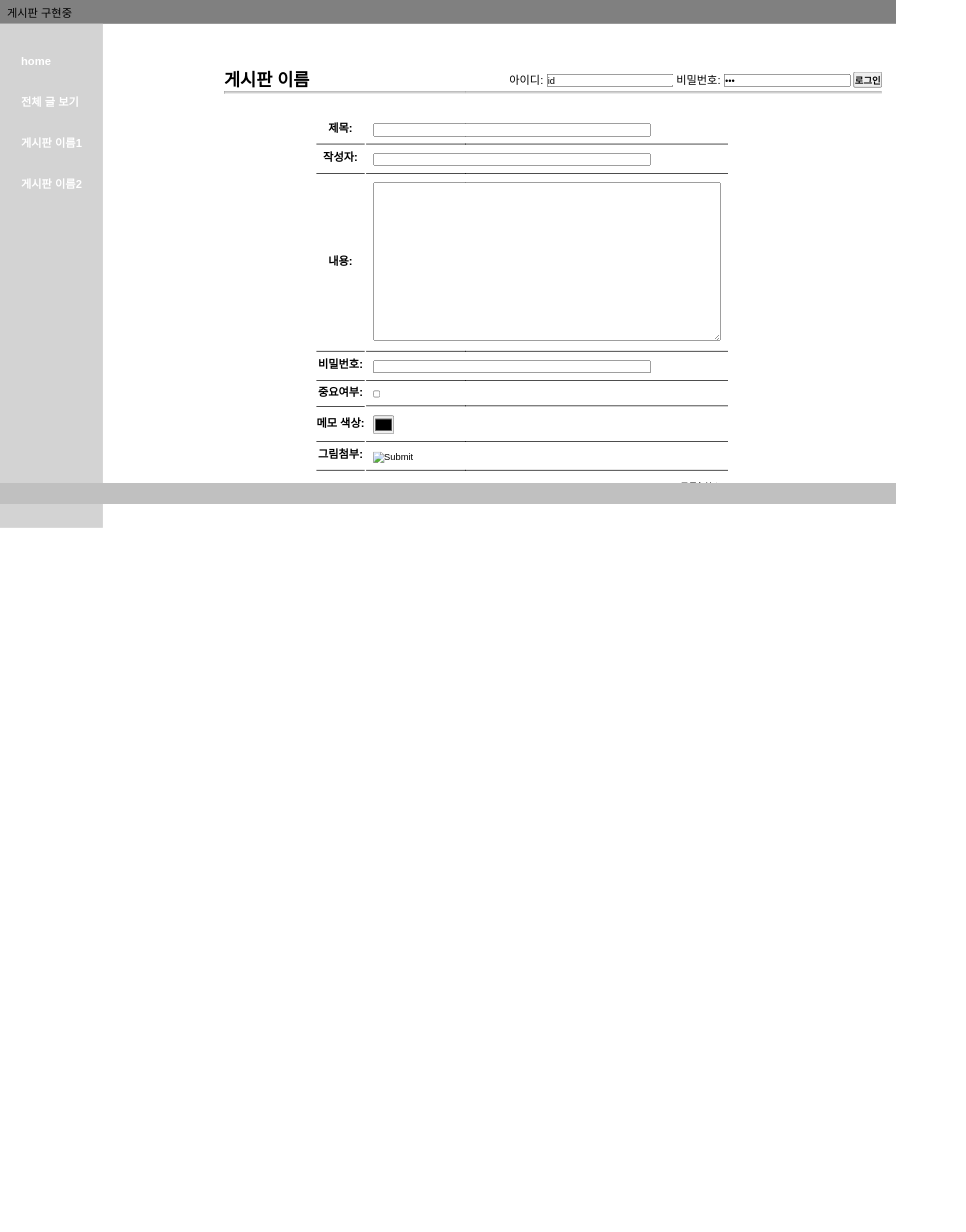
Repository: hyeon-jin-park/study
Page: work/internet_programing/Test_final/public/input.html
An editor plug-in stored every save of this project. The page is shown before and after the next save, followed by the edit.
The browser window is 1280 px wide. The page is 1280 px wide, then 1380 px, so the pictures cover 1380 px, including what lies to the right of the window. The pictures show the part of the page from y = 0 to 1760 px (the page is 10765 px tall before and 10000 px after), at 70% of full size.

Above is the page before, as saved 2025-03-26 09:05:50.

After the next save:
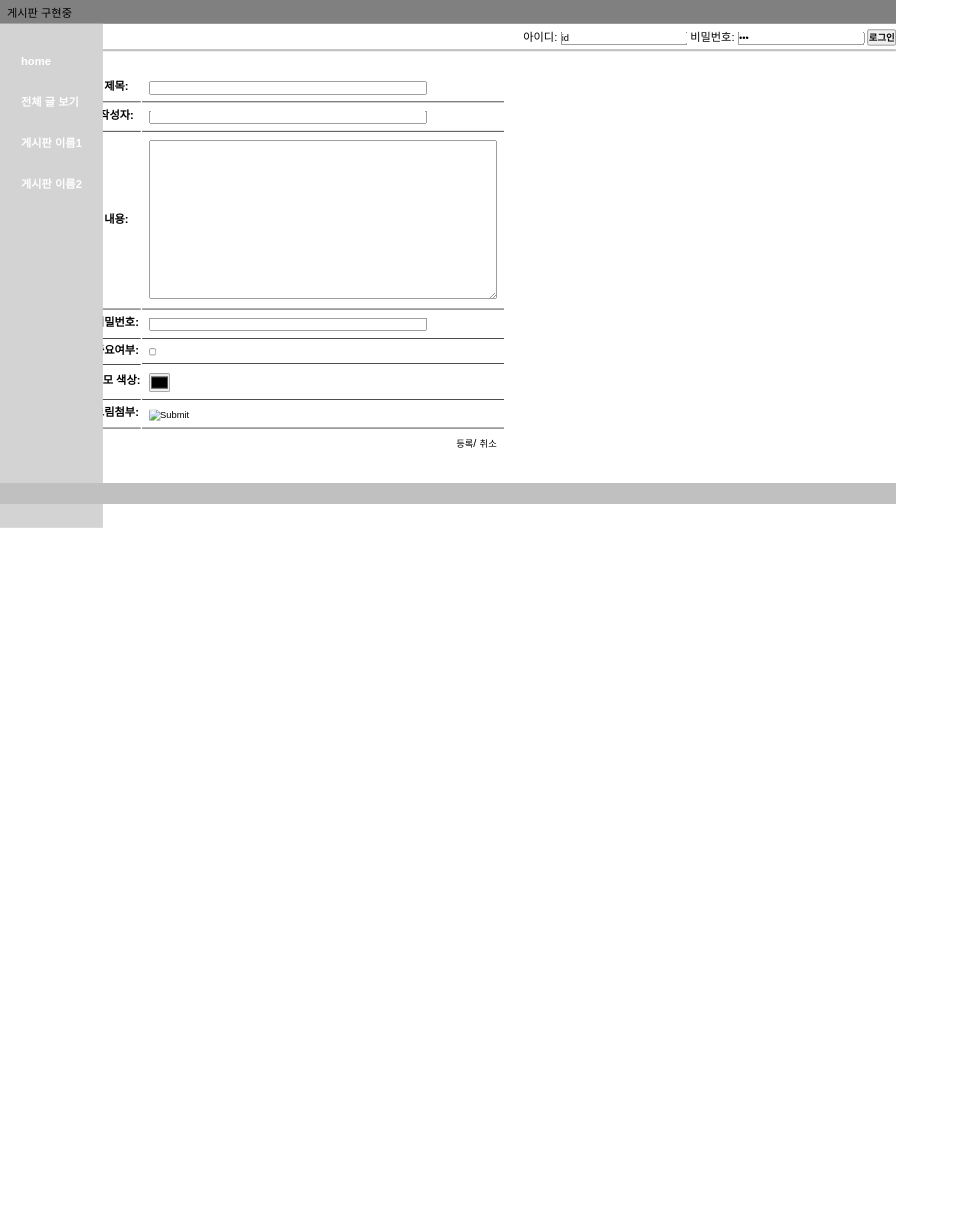
Saved 6 min 43 s later.
--- a/work/internet_programing/Test_final/public/input.html
+++ b/work/internet_programing/Test_final/public/input.html
@@ -38,7 +38,7 @@
     </nav>
 
 
-    <div class="content">
+    <section>
     <div class="board_title">
     		<h1>게시판 이름</h1>
     			<form style="padding-left:10px">
@@ -90,7 +90,7 @@
     		</table>
     		</form>
     	</div>
-    </div>
+    </section>
 
     <div class="footer">
     	<h1></h1>
